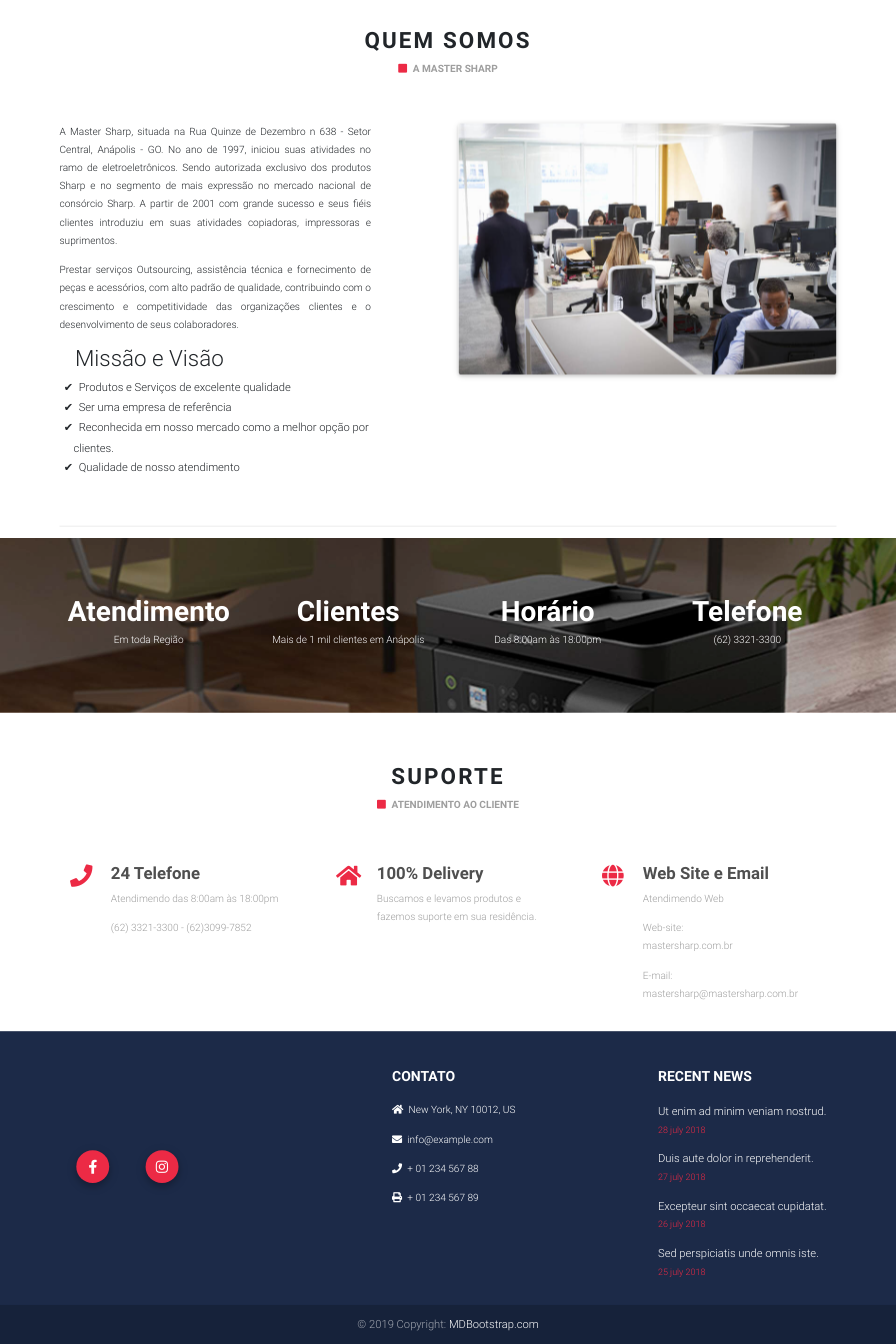
Repository: SalomaoMiguel/mastshap
Page: html/index.html
These files come from the project's save history. The page is drawn as it stood at one moment and after a run of saves; the edit follows.
The browser window is 1280 px wide. The pictures show the part of the page from y = 1373 to 3293 px (the page is 3293 px tall before and 3190 px after), at 70% of full size.
Some web libraries are served in a nearby version.

Above is the page before, as saved 2021-02-17 15:36:04.

### html/index.html
<!DOCTYPE html>
<html lang="pt-br">

<head>
  <meta charset="utf-8">
  <meta name="viewport" content="width=device-width, initial-scale=1, shrink-to-fit=no">
  <meta http-equiv="x-ua-compatible" content="ie=edge">
  <title>Master Sharp</title>
  <!-- Font Awesome -->
  <link rel="stylesheet" href="https://use.fontawesome.com/releases/v5.8.2/css/all.css">
  <!-- Bootstrap core CSS -->
  <link href="../css/bootstrap.min.css" rel="stylesheet">
  <!-- Material Design Bootstrap -->
  <link href="../css/mdb.min.css" rel="stylesheet">
  <style>
    html,
        body,
        header,
        .jarallax {
          height: 100%;
        }

        @media (min-width: 560px) and (max-width: 740px) {
          html,
          body,
          header,
          .jarallax {
            height: 500px;
          }
        }

        @media (min-width: 800px) and (max-width: 850px) {
            html,
            body,
            header,
            .jarallax {
              height: 600px;
            }
        }

        @media (min-width: 800px) and (max-width: 850px) {
            .navbar:not(.top-nav-collapse) {
                background: #24355c!important;
            }
            .navbar {
              box-shadow: 0 2px 5px 0 rgba(0,0,0,.16), 0 2px 10px 0 rgba(0,0,0,.12) !important;
            }
        }
    </style>
</head>

<body class="intro-page transport-lp">

  <!--Navigation & Intro-->
  <header>

    <!--Navbar-->
    <nav class="navbar fixed-top navbar-expand-lg navbar-dark scrolling-navbar" style="background-color: #f7f7f7!important;">
      <div class="container">
        <a class="navbar-brand" href="#"><img src="../imga/logo/logomastersharp.png" class="img-fluid  " alt="My photo"></a>
        <button class="navbar-toggler" type="button" data-toggle="collapse" data-target="#navbarSupportedContent"
          aria-controls="navbarSupportedContent" aria-expanded="false" aria-label="Toggle navigation">
          <span class="navbar-toggler-icon"></span>
        </button>
        <div class="collapse navbar-collapse " id="navbarSupportedContent">
          <!--Links-->
          <ul class="navbar-nav mr-auto ml-auto smooth-scroll ">
            <li class="nav-item">
              <a class="nav-link text-muted" href="#home">Início <span class="sr-only">(current)</span></a>
            </li>

            <li class="nav-item">
              <a class="nav-link text-muted" href="#about" data-offset="100">Quem Somos</a>
            </li>
            <li class="nav-item">
              <a class="nav-link text-muted" href="#services" data-offset="30">Soluções</a>
            </li>
            <li class="nav-item">
              <a class="nav-link text-muted" href="#features" data-offset="100">Parceiros</a>
            </li>
            <li class="nav-item">
              <a class="nav-link text-muted" href="#suport" data-offset="100">Suporte</a>
            </li>
            <li class="nav-item">
              <a class="nav-link text-muted" href="#contact" data-offset="30">Contato</a>
            </li>
          </ul>

          <!--Social Icons-->
          <ul class="navbar-nav nav-flex-icons">
            <li class="nav-item">
              <a class="nav-link" href="https://api.whatsapp.com/send?phone=5562991729598&#038;text=Gostaria de informações sobre a Master Sharp" target="_blank" rel="noopener noreferrer"><i class="fab fa-whatsapp text-success"> (62) 99172-9598</i></a>
            </li>
            <li class="nav-item">
              <a class="nav-link" href="https://api.whatsapp.com/send?phone=5562993291564&#038;text=Gostaria de informações sobre a Master Sharp" target="_blank" rel="noopener noreferrer" ><i class="fab fa-whatsapp text-success"> (62) 99329-1564</i></a>
            </li>
          </ul>
        </div>
      </div>
    </nav>
    <!--/Navbar-->

    <!-- Intro Section -->
    <div id="home" class="view jarallax" data-jarallax='{"speed": 0.2}' style="background-image: url('../imga/back/impressorapeople.png'); background-repeat: no-repeat; background-size: cover; background-position: center center;">
      <div class="mask rgba-black-light">
        <div class="container h-100 d-flex justify-content-center align-items-center">
          <div class="row smooth-scroll">
            <div class="col-md-12 white-text text-center">
              <div class="wow fadeInDown" data-wow-delay="0.2s">
                <h1 class="display-4 text-uppercase rgba-black-light px-3 py-2"><strong class="font-weight-bold">Master Sharp sempre inovando.</strong></h1>
                <h5 class="white-text mt-5"></h5>
                <h2 class="white-text text-uppercase h2-responsive font-weight-bold mb-5 mt-4"> Oferecendo assim a melhor solução para redução de custos.</h2>
                <a href="https://api.whatsapp.com/send?phone=5562993291564&#038;text=Gostaria de informações sobre a Master Sharp" target="_blank" rel="noopener noreferrer" data-offset="100" class="btn btn-success btn-rounded"><i class="fab fa-whatsapp text-white" style="font-size: 18px;"> <span class="text-white"> </span></i> &nbsp; Fale conosco</a>
              </div>
            </div>
          </div>
        </div>
      </div>
    </div>

  </header>
  <!--/Navigation & Intro-->

  <!--Main content-->
  <main>

    <!--First container-->
    <div class="container-fluid background-z">
      <div class="container">

        <!--Section: Possibilities-->
        <section class="py-4">

          <!--Secion heading-->
          <h2 id="services" class="text-center text-uppercase font-weight-bold mt-5 pt-4 spacing wow fadeIn" data-wow-delay="0.2s"><strong>Soluções</strong></h2>

          <!--Section description-->
          <p class="text-center text-uppercase font-weight-bold grey-text mb-5 pb-3 wow fadeIn" data-wow-delay="0.2s"><i
              class="fas fa-square red-text-2 mr-2" aria-hidden="true"></i> Nossos Serviços</p>

          <!--First row-->
          <div class="row mb-5 wow fadeIn" data-wow-delay="0.4s">

            <div class="col-lg-3 col-md-6 text-center pt-1">
              <div class="icon-area">
                <div class="circle-icon">
                  <i class="fas fa-print"></i>
                </div>
                <br>
                <strong>Locação de Impressoras</strong>
                <p>Soluções Corporativas em impressão e cópias..</p>
              </div>
            </div>

            <div class="col-lg-3 col-md-6 text-center pt-1">
              <div class="icon-area">
                <div class="circle-icon">
                  <i class="fas fa-print"></i>
                </div>
                <br>
                <strong>Manutenção de Impressoras</strong>
                <p>Equipe de Assistência Técnica altamente qualificada, jovem mas competente e com vasta experiência no seu segmento de atuação.</p>
              </div>
            </div>

            <div class="col-lg-3 col-md-6 text-center pt-1">
              <div class="icon-area">
                <div class="circle-icon">
                  <i class="fas fa-print"></i>
                </div>
                <br>
                <strong>Toners e Recargas</strong>
                <p>Somos especializados em recarga de toners. Oferecemos a sua empresa um serviço de qualidade por um preço acessível.</p>
              </div>
            </div>

            <div class="col-lg-3 col-md-6 text-center pt-1">
              <div class="icon-area">
                <div class="circle-icon">
                  <i class="fas fa-print"></i>
                </div>
                <br>
                <strong>Vendas de Impressoras</strong>
                <p>Sharp, Brother, Samsung, Ricoh, HP, Epson e muito mais. Impressoras de varios modelos.</p>
              </div>
            </div>

          </div>
          <!--/First row-->

        </section>
        <!--/Section: Possibilities-->

      </div>
    </div>
    <!--/First container-->

    <!--Second container-->
    <div class="container">

      <!--Section: About-->
      <section id="about" class="about my-5">

        <!--Secion heading-->
        <h2 class="text-center text-uppercase font-weight-bold mt-5 pt-4 pt-4 spacing wow fadeIn" data-wow-delay="0.2s"><strong>Quem Somos</strong></h2>

        <!--Section description-->
        <p class="text-center text-uppercase font-weight-bold grey-text mb-5 pb-3 wow fadeIn" data-wow-delay="0.2s"><i
            class="fas fa-square red-text-2 mr-2" aria-hidden="true"></i>A Master Sharp</p>

        <!--First row-->
        <div class="row">

          <!--First column column-->
          <div class="col-xl-5 col-lg-6 pb-1 wow fadeIn" data-wow-delay="0.4s">

            <!--Description-->
            <p align="justify">A Master Sharp, situada na Rua Quinze de Dezembro n 638 - Setor Central, Anápolis - GO. No ano de 1997, iniciou suas atividades no ramo de eletroeletrônicos. Sendo autorizada exclusivo dos produtos Sharp e no segmento de mais expressão no mercado nacional de consórcio Sharp. A partir de 2001 com grande sucesso e seus fiéis clientes introduziu em suas atividades copiadoras, impressoras e suprimentos.
            </p>

            <p align="justify">Prestar serviços Outsourcing, assistência técnica e fornecimento de peças e acessórios, com alto padrão de qualidade, contribuindo com o crescimento e competitividade das organizações clientes e o desenvolvimento de seus colaboradores.</p>

            <ul>
              <h2> Missão e Visão</h2>
              <li>Produtos e Serviços de excelente qualidade</li>
              <li>Ser uma empresa de referência</li>
              <li>Reconhecida em nosso mercado como a melhor opção por clientes.</li>
              <li>Qualidade de nosso atendimento</li>
            </ul>

          </div>
          <!--/First column-->

          <!--Column column-->
          <div class="col-xl-6 ml-lg-auto col-lg-6 mb-5 wow fadeIn" data-wow-delay="0.4s">

            <!--Image-->
            <img src="../imga/back/officess.jpg" class="img-fluid rounded z-depth-1"
              alt="My photo">

          </div>
          <!--/Column column-->

        </div>
        <!--/First row-->

      </section>
      <!--/Section: About-->

      <hr>

      <!--Section: Services-->

      <!--/Section: Services-->

    </div>
    <!--/Second container-->

    <!--Streak-->
    <div class="streak streak-photo" style="background-image:url('../imga/back/epson.jpg')">
      <div class="mask flex-center rgba-black-light">
        <div class="container">

          <!--First row -->
          <div class="row text-white text-center wow fadeIn" data-wow-delay="0.2s">

            <!--First column -->
            <div class="col-md-3 mb-2">
              <h1 class="white-text mb-1 font-weight-bold"><strong>Atendimento</strong></h1>
              <p>Em toda Região</p>
            </div>
            <!-- First column -->

            <!--Second column -->
            <div class="col-md-3 mb-2">
              <h1 class="white-text mb-1 font-weight-bold"><strong>Clientes</strong></h1>
              <p>Mais de 1 mil clientes em Anápolis</p>
            </div>
            <!-- Second column -->

            <!--Third column -->
            <div class="col-md-3 mb-2">
              <h1 class="white-text mb-1 font-weight-bold"><strong>Horário</strong></h1>
              <p>Das 8:00am às 18:00pm</p>
            </div>
            <!-- Third column -->

            <!--Fourth column -->
            <div class="col-md-3">
              <h1 class="white-text mb-1 font-weight-bold"><strong>Telefone</strong></h1>
              <p>(62) 3321-3300</p>
            </div>
            <!-- Fourth column -->

          </div>
          <!-- First row -->
        </div>
      </div>
    </div>
    <!--/Streak-->

    <!--Third container-->
    <div class="container">

      <!--Section: Features v.4-->
      <section id="suport" class="feature-box">

        <!--Secion heading-->
        <h2 class="text-center text-uppercase font-weight-bold mt-5 pt-4 spacing wow fadeIn" data-wow-delay="0.2s"><strong>Suporte</strong></h2>

        <!--Section description-->
        <p class="text-center text-uppercase font-weight-bold grey-text mb-5 wow fadeIn" data-wow-delay="0.2s"><i class="fas fa-square red-text-2 mr-2"
            aria-hidden="true"></i>Atendimento ao cliente</p>

        <!--Grid row-->
        <div class="row features-small pt-4">

          <!--Grid column-->
          <div class="col-md-4 mb-4">
            <div class="col-1 col-md-2 float-left">
              <i class="fas fa-phone red-text-2 fa-2x"></i>
            </div>
            <div class="col-10 col-md-9 col-lg-10 float-right">
              <h4 class="font-weight-bold dark-grey-text">24 Telefone </h4>
              <p class="grey-text"> Atendimendo das 8:00am às 18:00pm</p>
              <p class="grey-text"> (62) 3321-3300 - (62)3099-7852</p>
            </div>
          </div>
          <!--Grid column-->

          <!--Grid column-->
          <div class="col-md-4 mb-4">
            <div class="col-1 col-md-2 float-left">
              <i class="fas fa-home red-text-2 fa-2x"></i>
            </div>
            <div class="col-10 col-md-9 col-lg-10 float-right">
              <h4 class="font-weight-bold dark-grey-text">100% Delivery</h4>
              <p class="grey-text"> Buscamos e levamos produtos e fazemos suporte em sua residência.</p>
            </div>
          </div>
          <!--Grid column-->

          <!--Grid column-->
          <div class="col-md-4 mb-4">
            <div class="col-1 col-md-2 float-left">
              <i class="fas fa-globe red-text-2 fa-2x"></i>
            </div>
            <div class="col-10 col-md-9 col-lg-10 float-right">
              <h4 class="font-weight-bold dark-grey-text">Web Site e  Email</h4>
              <p class="grey-text">Atendimendo Web</p>
              <p class="grey-text">Web-site:&emsp;&emsp;&emsp;&emsp;&emsp;&emsp;mastersharp.com.br</p>
              <p class="grey-text">E-mail: mastersharp@mastersharp.com.br</p>
            </div>
          </div>
          <!--Grid column-->

        </div>
        <!--Grid row-->

      </section>
      <!--/Section: Features v.4-->

    </div>
    <!--/Third container-->

    <!--Fourth container-->

    <!--/Fourth container-->

    <!--Fifth container-->

    <!--/Fifth container-->

  </main>
  <!--/Main content-->

  <!--Footer-->
  <footer class="page-footer mdb-color darken-3 text-center text-md-left pt-5">

    <!--Footer Links-->
    <div class="container mb-3">

      <!--First row-->
      <div class="row">

        <!--First column-->
        <div id="contact" class="col-md-4 mt-1 mb-1 wow fadeIn" data-wow-delay="0.3s" >
          <!--About-->
          <h5 class="title mb-4 font-weight-bold"></h5>

          <p>&emsp;</p>

          <p>&emsp;</p>
          <!--/About -->

          <div class="footer-socials mt-2 mr-md-auto ml-md-auto" >
            <!--Facebook-->
            <a    href="https://www.facebook.com/mastersharp.aps/"  type="button" class="btn-floating  ml-4  mr-4 btn-danger-2"><i class="fab fa-facebook-f"></i></a>
            <!--Dribbble-->
            <a  href="https://www.instagram.com/master.sharp/" type="button" class="btn-floating ml-4 mr-4 btn-danger-2"><i class="fab fa-instagram"></i></a>
          </div>
        </div>
        <!--/First column-->

        <hr class="w-100 clearfix d-md-none">

        <!--Second column-->
        <div class="col-lg-3 ml-lg-auto col-md-4 mt-1 mb-1 wow fadeIn" data-wow-delay="0.3s">
          <!--Search-->
          <h5 class="text-uppercase mb-4 font-weight-bold">Contato</h5>
          <!--Info-->
          <p><i class="fas fa-home pr-1"></i> New York, NY 10012, US</p>
          <p><i class="fas fa-envelope pr-1"></i> info@example.com</p>
          <p><i class="fas fa-phone pr-1"></i> + 01 234 567 88</p>
          <p><i class="fas fa-print pr-1"></i> + 01 234 567 89</p>

        </div>
        <!--/Second column-->

        <hr class="w-100 clearfix d-md-none">

        <!--Third column-->
        <div class="col-lg-3 ml-lg-auto col-md-4 mt-1 mb-1 wow fadeIn" data-wow-delay="0.3s">
          <!--Contact-->
          <h5 class="text-uppercase mb-4 font-weight-bold">Recent news</h5>

          <ul class="footer-posts list-unstyled">
            <li><a>Ut enim ad minim veniam nostrud.</a><span>
                <p class="red-text-2 font-small">28 july 2018</p>
              </span></li>
            <li><a>Duis aute dolor in reprehenderit.</a><span>
                <p class="red-text-2 font-small">27 july 2018</p>
              </span></li>
            <li><a>Excepteur sint occaecat cupidatat.</a><span>
                <p class="red-text-2 font-small">26 july 2018</p>
              </span></li>
            <li><a>Sed perspiciatis unde omnis iste.</a><span>
                <p class="red-text-2 font-small">25 july 2018</p>
              </span></li>
          </ul>

        </div>
        <!--/Third column-->

      </div>
      <!--/First row-->

    </div>
    <!--/Footer Links-->

    <!--Copyright-->
    <div class="footer-copyright py-3 text-center">
      <div class="container-fluid">
        © 2019 Copyright: <a href="https://mdbootstrap.com/education/bootstrap/" target="_blank"> MDBootstrap.com </a>
      </div>
    </div>
    <!--/Copyright-->

  </footer>
  <!--/Footer-->


  <!-- SCRIPTS -->

  <!-- JQuery -->
  <script type="text/javascript" src="../js/jquery-3.4.1.min.js"></script>

  <!-- Bootstrap tooltips -->
  <script type="text/javascript" src="../js/popper.min.js"></script>

  <!-- Bootstrap core JavaScript -->
  <script type="text/javascript" src="../js/bootstrap.min.js"></script>

  <!-- MDB core JavaScript -->
  <script type="text/javascript" src="../js/mdb.min.js"></script>

  <script>
    //Animation init
    new WOW().init();

  </script>

</body>

</html>

Loaded but not shown: css/bootstrap.min.css (library); css/mdb.min.css (library); js/jquery-3.4.1.min.js (library); js/popper.min.js (library); js/bootstrap.min.js (library); js/mdb.min.js (library)

After the next 2 saves:
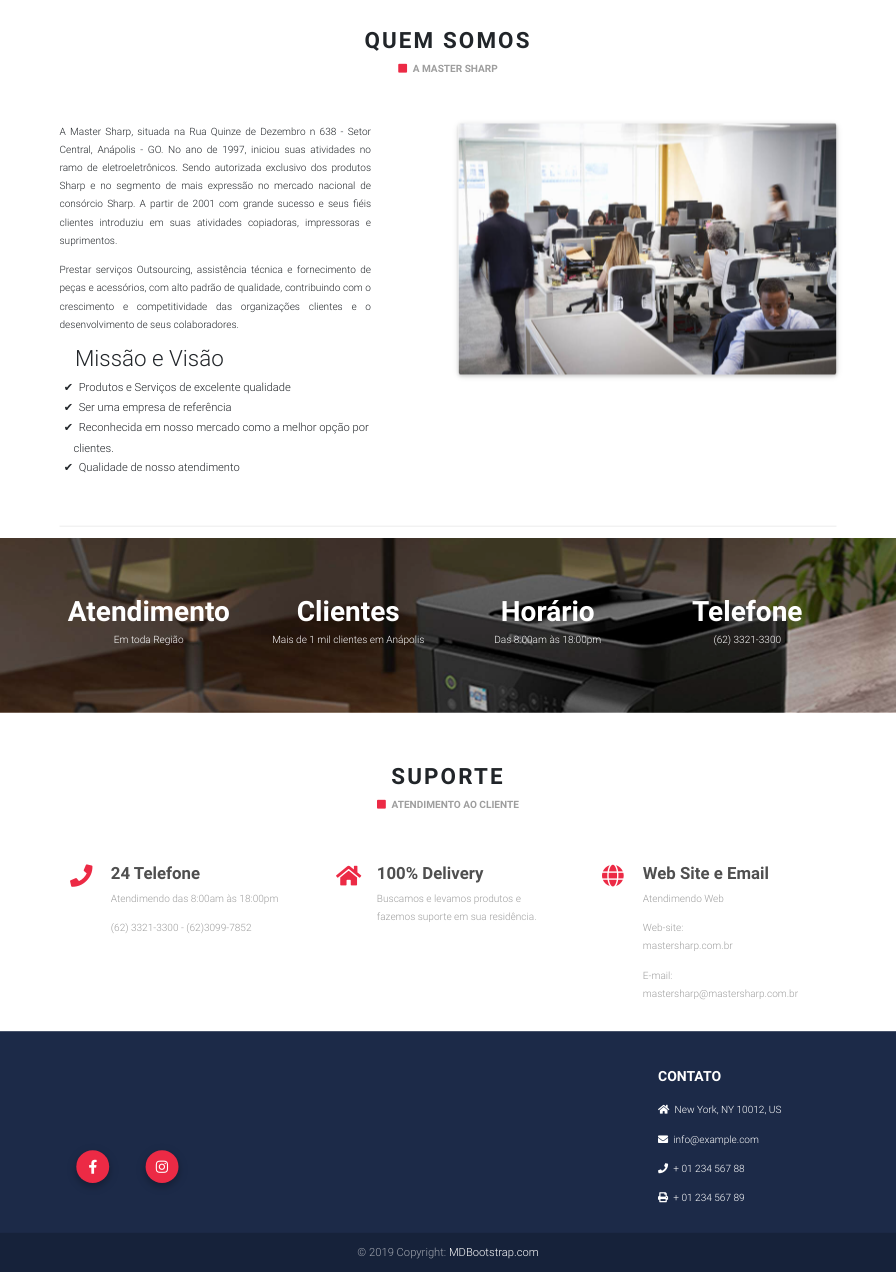
The 2 saves are shown as one change because they came seconds apart.
The last was saved 13 s later.
--- a/html/index.html
+++ b/html/index.html
@@ -420,26 +420,6 @@
         <hr class="w-100 clearfix d-md-none">
 
         <!--Third column-->
-        <div class="col-lg-3 ml-lg-auto col-md-4 mt-1 mb-1 wow fadeIn" data-wow-delay="0.3s">
-          <!--Contact-->
-          <h5 class="text-uppercase mb-4 font-weight-bold">Recent news</h5>
-
-          <ul class="footer-posts list-unstyled">
-            <li><a>Ut enim ad minim veniam nostrud.</a><span>
-                <p class="red-text-2 font-small">28 july 2018</p>
-              </span></li>
-            <li><a>Duis aute dolor in reprehenderit.</a><span>
-                <p class="red-text-2 font-small">27 july 2018</p>
-              </span></li>
-            <li><a>Excepteur sint occaecat cupidatat.</a><span>
-                <p class="red-text-2 font-small">26 july 2018</p>
-              </span></li>
-            <li><a>Sed perspiciatis unde omnis iste.</a><span>
-                <p class="red-text-2 font-small">25 july 2018</p>
-              </span></li>
-          </ul>
-
-        </div>
         <!--/Third column-->
 
       </div>
